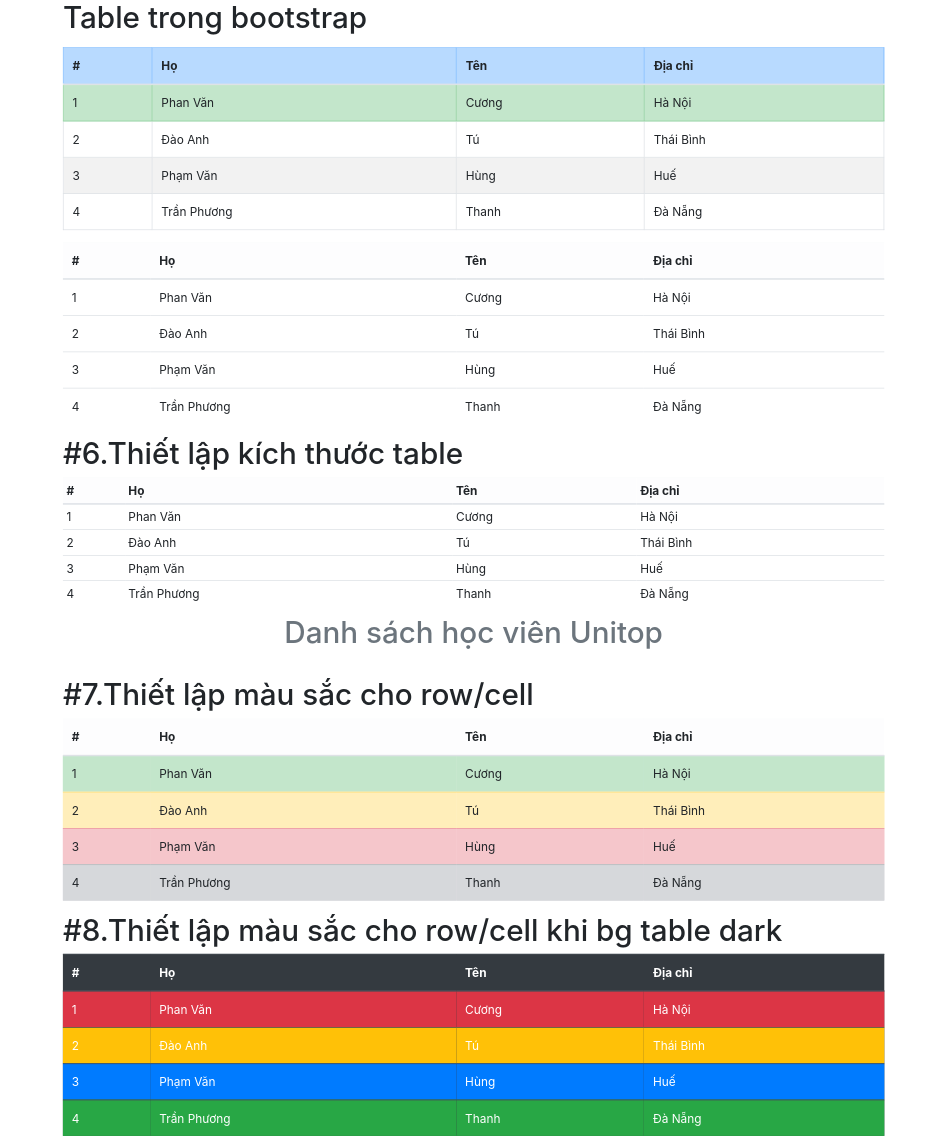
Repository: anhtu2110/front_end
Page: lesson/bootstrap/advance/5.2-table.html
An editor plug-in stored every save of this project. The page is shown before and after the next save, followed by the edit.
The browser window is 1280 px wide. The pictures show the whole page, at 74% of full size.

Above is the page before, as saved 2022-12-06 20:20:16.

### lesson/bootstrap/advance/5.2-table.html
<!DOCTYPE html>
<html lang="en">
  <head>
    <meta charset="UTF-8" />
    <meta http-equiv="X-UA-Compatible" content="IE=edge" />
    <meta name="viewport" content="width=device-width, initial-scale=1.0" />
    <link rel="stylesheet" href="./bootstrap/css/bootstrap.min.css" />
    <title>Table trong bootstrap</title>
  </head>
  <body>
    <div class="container">
      <div class="row">
        <div class="col-md-12">
          <h1 class="table">Table trong bootstrap</h1>
          <table class="table table-bordered table-striped table-hover">
            <thead class="table-primary">
              <tr>
                <th>#</th>
                <th>Họ</th>
                <th>Tên</th>
                <th>Địa chỉ</th>
              </tr>
            </thead>
            <tbody>
              <tr class="table-success">
                <td>1</td>
                <td>Phan Văn</td>
                <td>Cương</td>
                <td>Hà Nội</td>
              </tr>
              <tr>
                <td>2</td>
                <td>Đào Anh</td>
                <td>Tú</td>
                <td>Thái Bình</td>
              </tr>
              <tr>
                <td>3</td>
                <td>Phạm Văn</td>
                <td>Hùng</td>
                <td>Huế</td>
              </tr>
              <tr>
                <td>4</td>
                <td>Trần Phương</td>
                <td>Thanh</td>
                <td>Đà Nẵng</td>
              </tr>
            </tbody>
          </table>
          <table class="table table-hover">
            <thead class="table-light">
              <tr>
                <th>#</th>
                <th>Họ</th>
                <th>Tên</th>
                <th>Địa chỉ</th>
              </tr>
            </thead>
            <tbody>
              <tr>
                <td>1</td>
                <td>Phan Văn</td>
                <td>Cương</td>
                <td>Hà Nội</td>
              </tr>
              <tr>
                <td>2</td>
                <td>Đào Anh</td>
                <td>Tú</td>
                <td>Thái Bình</td>
              </tr>
              <tr>
                <td>3</td>
                <td>Phạm Văn</td>
                <td>Hùng</td>
                <td>Huế</td>
              </tr>
              <tr>
                <td>4</td>
                <td>Trần Phương</td>
                <td>Thanh</td>
                <td>Đà Nẵng</td>
              </tr>
            </tbody>
          </table>
          <h1 class="tex-center">#6.Thiết lập kích thước table</h1>
          <table class="table table-sm table-hover">
            <caption class="text-center h1">
              Danh sách học viên Unitop
            </caption>
            <thead class="table-light">
              <tr>
                <th>#</th>
                <th>Họ</th>
                <th>Tên</th>
                <th>Địa chỉ</th>
              </tr>
            </thead>
            <tbody>
              <tr>
                <td>1</td>
                <td>Phan Văn</td>
                <td>Cương</td>
                <td>Hà Nội</td>
              </tr>
              <tr>
                <td>2</td>
                <td>Đào Anh</td>
                <td>Tú</td>
                <td>Thái Bình</td>
              </tr>
              <tr>
                <td>3</td>
                <td>Phạm Văn</td>
                <td>Hùng</td>
                <td>Huế</td>
              </tr>
              <tr>
                <td>4</td>
                <td>Trần Phương</td>
                <td>Thanh</td>
                <td>Đà Nẵng</td>
              </tr>
            </tbody>
          </table>
          <h1 class="tex-center">#7.Thiết lập màu sắc cho row/cell</h1>
          <table class="table table-hover">
            <thead class="table-light">
              <tr>
                <th>#</th>
                <th>Họ</th>
                <th>Tên</th>
                <th>Địa chỉ</th>
              </tr>
            </thead>
            <tbody>
              <tr class="table-success">
                <td>1</td>
                <td>Phan Văn</td>
                <td>Cương</td>
                <td>Hà Nội</td>
              </tr>
              <tr class="table-warning">
                <td>2</td>
                <td>Đào Anh</td>
                <td>Tú</td>
                <td>Thái Bình</td>
              </tr>
              <tr class="table-danger">
                <td>3</td>
                <td>Phạm Văn</td>
                <td>Hùng</td>
                <td>Huế</td>
              </tr>
              <tr class="table-secondary">
                <td>4</td>
                <td>Trần Phương</td>
                <td>Thanh</td>
                <td>Đà Nẵng</td>
              </tr>
            </tbody>
          </table>
          <h1 class="tex-center">
            #8.Thiết lập màu sắc cho row/cell khi bg table dark
          </h1>
          <table class="table table-hover table-dark">
            <thead>
              <tr>
                <th>#</th>
                <th>Họ</th>
                <th>Tên</th>
                <th>Địa chỉ</th>
              </tr>
            </thead>
            <tbody>
              <tr class="bg-danger">
                <td>1</td>
                <td>Phan Văn</td>
                <td>Cương</td>
                <td>Hà Nội</td>
              </tr>
              <tr class="bg-warning">
                <td>2</td>
                <td>Đào Anh</td>
                <td>Tú</td>
                <td>Thái Bình</td>
              </tr>
              <tr class="bg-primary">
                <td>3</td>
                <td>Phạm Văn</td>
                <td>Hùng</td>
                <td>Huế</td>
              </tr>
              <tr class="bg-success">
                <td>4</td>
                <td>Trần Phương</td>
                <td>Thanh</td>
                <td>Đà Nẵng</td>
              </tr>
            </tbody>
          </table>
        </div>
      </div>
    </div>
    <script src="js/jquery-3.6.1.min.js"></script>
    <script src="js/popper.min.js"></script>
    <script src="./bootstrap/js/bootstrap.min.js"></script>
  </body>
</html>

Loaded but not shown: lesson/bootstrap/advance/bootstrap/css/bootstrap.min.css (library); lesson/bootstrap/advance/js/jquery-3.6.1.min.js (library); lesson/bootstrap/advance/js/popper.min.js (library); lesson/bootstrap/advance/bootstrap/js/bootstrap.min.js (library)

After the next save:
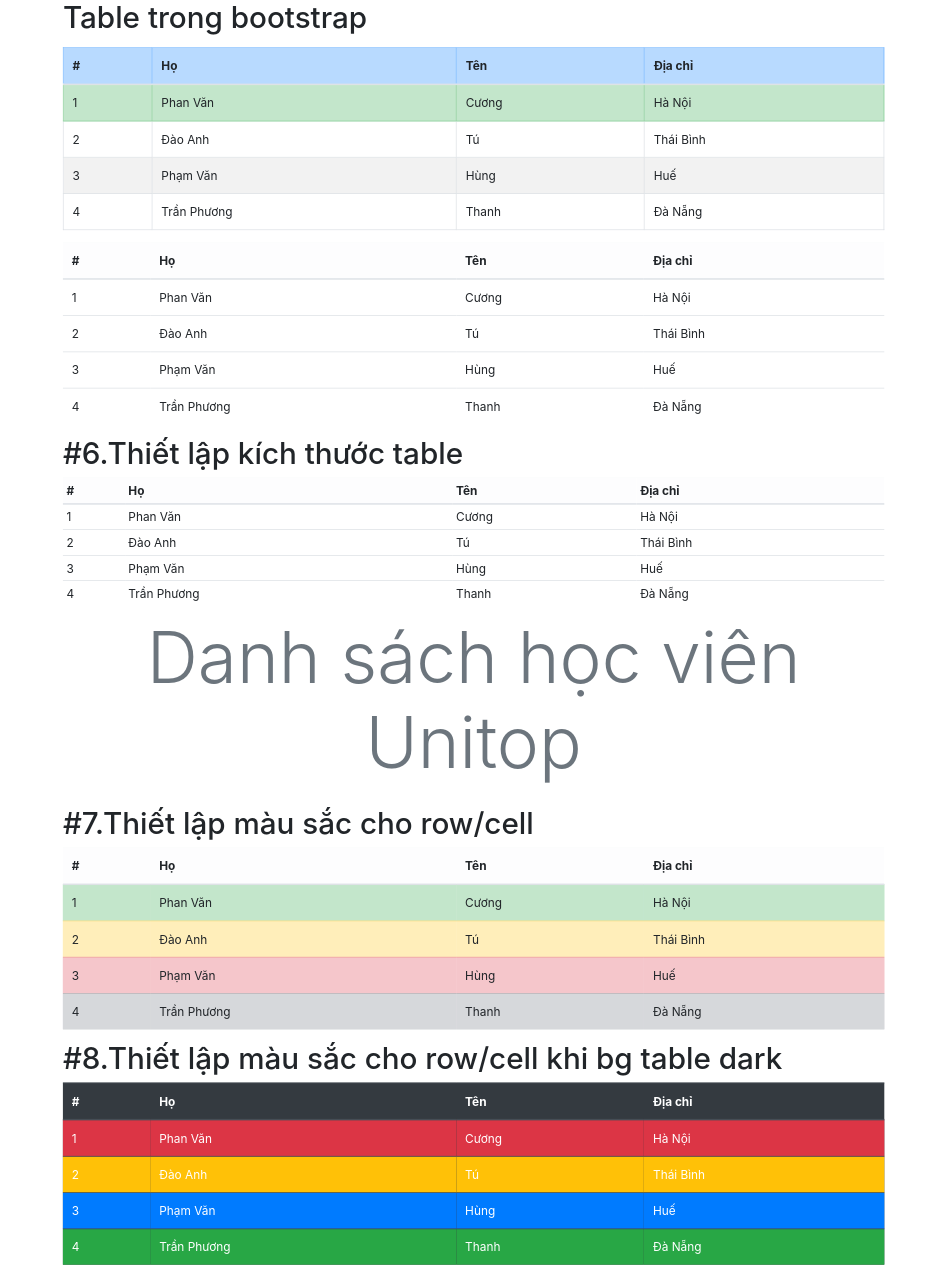
Saved 9 s later.
--- a/lesson/bootstrap/advance/5.2-table.html
+++ b/lesson/bootstrap/advance/5.2-table.html
@@ -86,7 +86,7 @@
           </table>
           <h1 class="tex-center">#6.Thiết lập kích thước table</h1>
           <table class="table table-sm table-hover">
-            <caption class="text-center h1">
+            <caption class="text-center display-1">
               Danh sách học viên Unitop
             </caption>
             <thead class="table-light">
